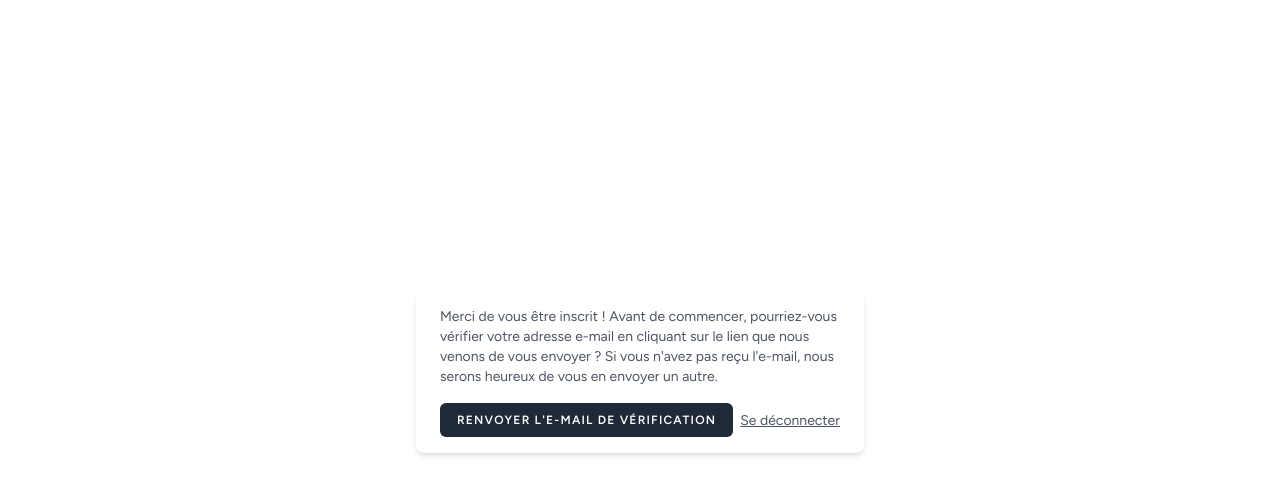
Repository: Fatumata-d/Authentification
Page: resources/views/auth/verify-email.blade.php
The author's editor kept a copy of each file at every save. The page is drawn from the files as they stood at one save, then again after the next save.
The browser window is 1280 px wide. The pictures show the whole page.
The page is served by the project's Laravel application, run on PHP 8.4 with Laravel 9. Other server files are loaded and not shown. Style sheets and scripts are compiled from the project's sources, by tool versions that may differ from the author's. The template is opened directly, without the code that normally fills it, so the values that code supplies are empty.

Above is the page before, as saved 2025-02-05 16:44:31.

### resources/views/auth/verify-email.blade.php
<x-guest-layout>
    <div class="mb-4 text-sm text-gray-600 dark:text-gray-400">
        {{ __('Merci de vous être inscrit ! Avant de commencer, pourriez-vous vérifier votre adresse e-mail en cliquant sur le lien que nous venons de vous envoyer ? Si vous n\'avez pas reçu l\'e-mail, nous serons heureux de vous en envoyer un autre.') }}
    </div>

    @if (session('status') == 'verification-link-sent')
        <div class="mb-4 font-medium text-sm text-green-600 dark:text-green-400">
            {{ __('Un nouveau lien de vérification a été envoyé à l\'adresse e-mail que vous avez fournie lors de votre inscription.') }}
        </div>
    @endif

    <div class="mt-4 flex items-center justify-between">
        <form method="POST" action="{{ route('verification.send') }}">
            @csrf

            <div>
                <x-primary-button>
                    {{ __('Renvoyer l\'e-mail de vérification') }}
                </x-primary-button>
            </div>
        </form>

        <form method="POST" action="{{ route('logout') }}">
            @csrf

            <button type="submit" class="underline text-sm text-gray-600 dark:text-gray-400 hover:text-gray-900 dark:hover:text-gray-100 rounded-md focus:outline-none focus:ring-2 focus:ring-offset-2 focus:ring-indigo-500 dark:focus:ring-offset-gray-800">
                {{ __('Se déconnecter') }}
            </button>
        </form>
    </div>
</x-guest-layout>

### resources/views/layouts/guest.blade.php
<!DOCTYPE html>
<html lang="{{ str_replace('_', '-', app()->getLocale()) }}">
    <head>
        <meta charset="utf-8">
        <meta name="viewport" content="width=device-width, initial-scale=1">
        <meta name="csrf-token" content="{{ csrf_token() }}">

        <title>{{ config('app.name', 'Laravel') }}</title>

        <!-- Fonts -->
        <link rel="preconnect" href="https://fonts.bunny.net">
        <link href="https://fonts.bunny.net/css?family=figtree:400,500,600&display=swap" rel="stylesheet" />

        <!-- Scripts -->
        <link rel="stylesheet" href="{{ mix('css/app.css') }}">
        <script src="{{ mix('js/app.js') }}" defer></script>
    </head>
    <body class="font-sans text-gray-900 antialiased">
        <div class="min-h-screen flex flex-col sm:justify-center items-center pt-6 sm:pt-0 bg-white">
            <div>
                <a href="/">
                    <x-application-logo class="w-20 h-20 fill-current text-gray-500" />
                </a>
            </div>

            <div class="w-full sm:max-w-md mt-6 px-6 py-4 bg-white shadow-md overflow-hidden sm:rounded-lg">
                {{ $slot }}
            </div>
        </div>
    </body>
</html>

Loaded but not shown: routes/web.php (common file); routes/auth.php (common file); app/Http/Controllers/Auth/EmailVerificationPromptController.php (common file); app/Http/Controllers/Controller.php (common file); app/Http/Controllers/Auth/VerifyEmailController.php (common file); app/View/Components/GuestLayout.php (common file); resources/views/components/primary-button.blade.php (common file); public/mix-manifest.json (common file); public/js/app.js (library); resources/css/app.css (common file); tailwind.config.js (common file); resources/views/components/application-logo.blade.php (no stored copy; drawn as an empty file)

After the next save:
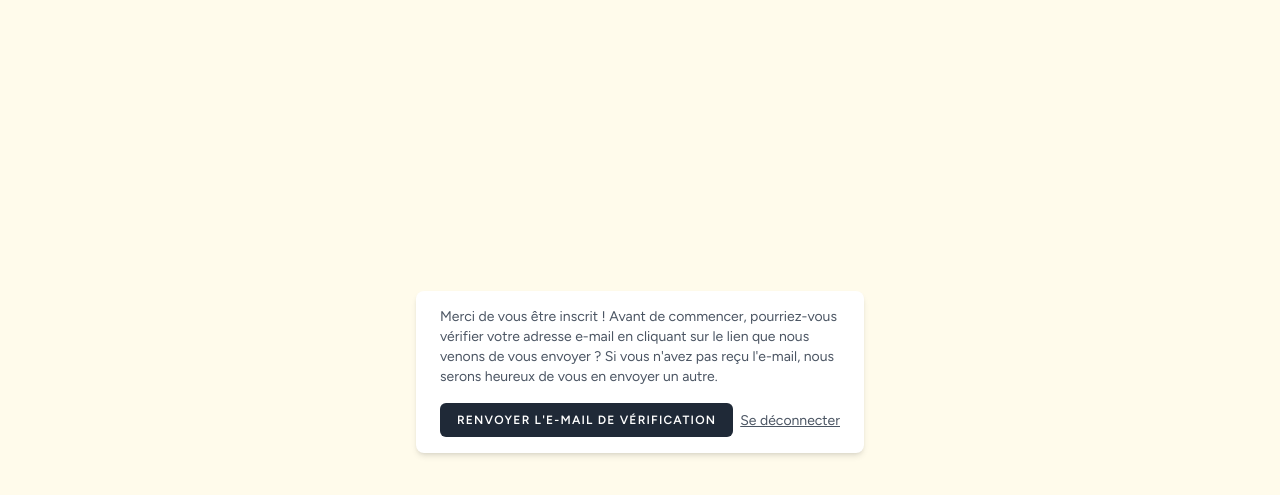
Saved 29 s later.
--- a/resources/views/layouts/guest.blade.php
+++ b/resources/views/layouts/guest.blade.php
@@ -16,7 +16,7 @@
         <script src="{{ mix('js/app.js') }}" defer></script>
     </head>
     <body class="font-sans text-gray-900 antialiased">
-        <div class="min-h-screen flex flex-col sm:justify-center items-center pt-6 sm:pt-0 bg-white">
+        <div class="min-h-screen flex flex-col sm:justify-center items-center pt-6 sm:pt-0 bg-amber-50">
             <div>
                 <a href="/">
                     <x-application-logo class="w-20 h-20 fill-current text-gray-500" />
